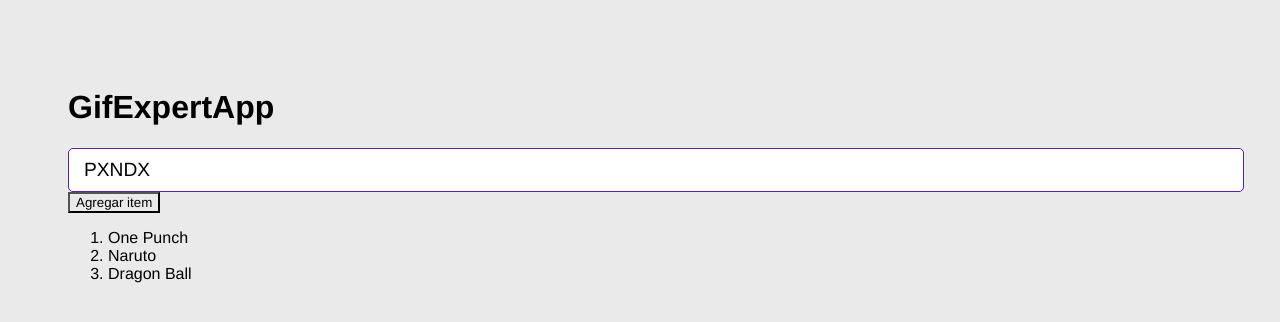
Repository: AlanColliDev/CursoReact
Page: /
The author's editor kept a copy of each file at every save. The page is drawn from the files as they stood at one save, then again after the next save.
The browser window is 1280 px wide. The pictures show the whole page.
The project was rebuilt for these pictures with package versions that can differ from the ones it lists, and the page was loaded fresh each time. Also part of the build but not shown: vite.config.js.

Above is the page before, as saved 2022-07-08 00:51:53.

### src/main.jsx
import React from 'react';
import ReactDOM from 'react-dom/client';
import { GifExpertApp } from './GifExpertApp';
import './styles.css';

ReactDOM.createRoot(document.getElementById('root')).render(
  <React.StrictMode>
    {/* titulo de la app */}
    <GifExpertApp />
  </React.StrictMode>
)

### src/GifExpertApp.jsx
import { AddCategory } from './AddCategory';
import { useState } from 'react';
/**Se le pone el JSX porque no es unicamente un archivo JS, ya que en su interior contendrá un functional component */
// import React from 'react' --despues de la v17 de react ya no es necesario estarlo importando en cada file
export const GifExpertApp = () => {

   const [categories, setCategories] = useState([ 'One Punch', 'Naruto', 'Dragon Ball' ])

   const OnAddCategory = () => {
      setCategories( ['Ghost', ...categories] );
   }

   return (
   <>
      {/* Este es el titulo del componente */}
      <h1>GifExpertApp</h1>

      {/* Input de Buscador */}
      <AddCategory/>

      {/* Lista de Gif Item */}
      <button onClick={OnAddCategory}>Agregar item</button>
      <ol>
         {categories.map( item => {
            return <li key={item}>{item}</li>
         })}

      </ol>
         {/* Item Gif */}

   </>
  )
}

### src/AddCategory.jsx
import { useState } from 'react';


export const AddCategory = () => {

    const [category, setCategory] = useState('PXNDX');

    const OnChangeCategory = (e) => {
        setCategory(e.target.value);
    }
    const OnSubmitForm = (event) => {
        event.preventDefault();
        console.log(category);
    }
    return (
        <form onSubmit={(event) => OnSubmitForm(event) }>
            <input
                type = "text"
                placeholder = "Ingrese un tema a buscar..."
                value = { category }
                onChange = { OnChangeCategory }
            />
        </form>

    )
}

Loaded but not shown: index.html (common file); src/styles.css (common file)

After the next save:
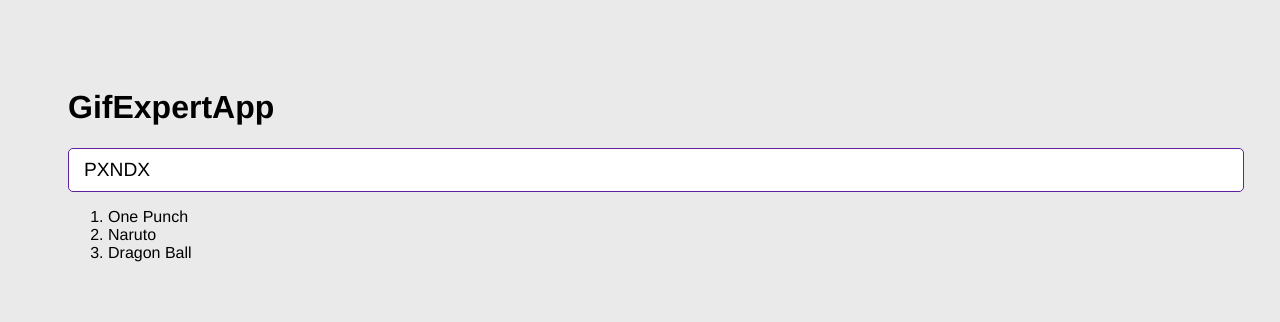
Saved 4 min 50 s later.
--- a/src/GifExpertApp.jsx
+++ b/src/GifExpertApp.jsx
@@ -16,10 +16,9 @@
       <h1>GifExpertApp</h1>
 
       {/* Input de Buscador */}
-      <AddCategory/>
+      <AddCategory  />
 
       {/* Lista de Gif Item */}
-      <button onClick={OnAddCategory}>Agregar item</button>
       <ol>
          {categories.map( item => {
             return <li key={item}>{item}</li>
